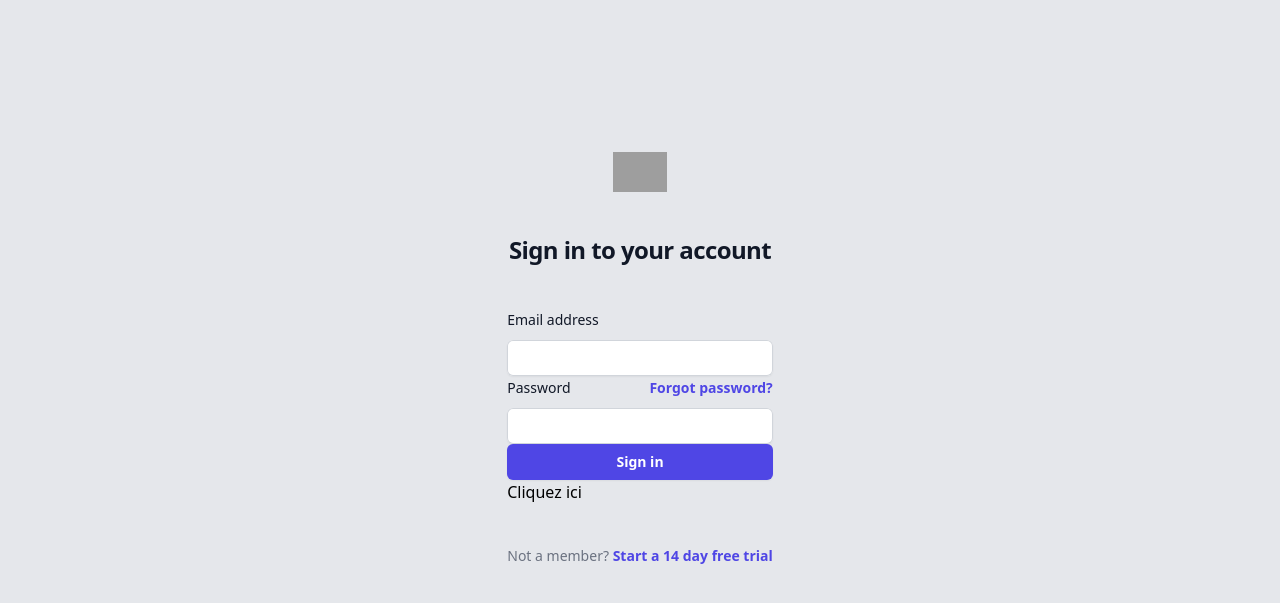
Repository: boschierob/interventio-app
Page: http://localhost/login
These files come from the project's save history. The page is drawn as it stood at one moment and after the next save; the edit follows.
The browser window is 1280 px wide. The pictures show the whole page.
Pictures or frames that could not be fetched are drawn as grey boxes. The page is served by the project's Node server (server.js).

Above is the page before, as saved 2023-11-14 16:06:31.

### views/login.ejs
<!DOCTYPE html>
<html lang="en">

<head>
  <meta charset="UTF-8">
  <meta name="viewport" content="width=device-width, initial-scale=1.0">
  <title>Page de Connexion</title>
  <!-- Ajouter le lien vers le fichier CSS de Tailwind CSS -->
  <link href="https://cdn.jsdelivr.net/npm/tailwindcss@2.2.19/dist/tailwind.min.css" rel="stylesheet">
  <script src="https://unpkg.com/htmx.org@1.9.8"
    integrity="sha384-rgjA7mptc2ETQqXoYC3/zJvkU7K/aP44Y+z7xQuJiVnB/422P/Ak+F/AqFR7E4Wr"
    crossorigin="anonymous"></script>
</head>

<body class="bg-gray-200 flex justify-center items-center h-screen">
  <form action="/login" method="post" class="flex min-h-full flex-col justify-center px-6 py-12 lg:px-8">
    <div class="sm:mx-auto sm:w-full sm:max-w-sm">
      <img class="mx-auto h-10 w-auto" src="https://tailwindui.com/img/logos/mark.svg?color=indigo&shade=600"
        alt="Your Company">
      <h2 class="mt-10 text-center text-2xl font-bold leading-9 tracking-tight text-gray-900">Sign in to your account
      </h2>
    </div>

    <div class="mt-10 sm:mx-auto sm:w-full sm:max-w-sm">
      <form class="space-y-6" action="#" method="POST">
        <div>
          <label for="email" class="block text-sm font-medium leading-6 text-gray-900">Email address</label>
          <div class="mt-2">
            <input id="email" name="email" type="email" autocomplete="email" required
              class="block w-full rounded-md border-0 py-1.5 text-gray-900 shadow-sm ring-1 ring-inset ring-gray-300 placeholder:text-gray-400 focus:ring-2 focus:ring-inset focus:ring-indigo-600 sm:text-sm sm:leading-6">
          </div>
        </div>

        <div>
          <div class="flex items-center justify-between">
            <label for="password" class="block text-sm font-medium leading-6 text-gray-900">Password</label>
            <div class="text-sm">
              <a href="#" class="font-semibold text-indigo-600 hover:text-indigo-500">Forgot password?</a>
            </div>
          </div>
          <div class="mt-2">
            <input id="password" name="password" type="password" autocomplete="current-password" required
              class="block w-full rounded-md border-0 py-1.5 text-gray-900 shadow-sm ring-1 ring-inset ring-gray-300 placeholder:text-gray-400 focus:ring-2 focus:ring-inset focus:ring-indigo-600 sm:text-sm sm:leading-6">
          </div>
        </div>

        <div>
          <button type="submit"
            class="flex w-full justify-center rounded-md bg-indigo-600 px-3 py-1.5 text-sm font-semibold leading-6 text-white shadow-sm hover:bg-indigo-500 focus-visible:outline focus-visible:outline-2 focus-visible:outline-offset-2 focus-visible:outline-indigo-600">Sign
            in</button>
        </div>
      </form>

      <div class="click" hx-trigger="click" hx-get="/changer-couleur">
        Cliquez ici
    </div>

      <p class="mt-10 text-center text-sm text-gray-500">
        Not a member?
        <a href="#" class="font-semibold leading-6 text-indigo-600 hover:text-indigo-500">Start a 14 day free trial</a>
      </p>
    </div>
  </form>


  <!-- Script JavaScript pour gérer la réponse du serveur -->
  <script>
    document.body.addEventListener('htmx:response', function (event) {
        // Récupérer la couleur de la réponse
        const color = event.detail.response.querySelector('.click').style.backgroundColor;

        // Mettre à jour la couleur de fond de l'élément .click
        document.querySelector('.click').style.backgroundColor = color;
    });
</script>

</body>

</html>

### server.js
const express = require('express');
const ejs = require('ejs');
const bodyParser = require('body-parser');
const path = require('path');


const app = express();

// Utiliser EJS comme moteur de template
app.set('view engine', 'ejs');
app.set('views', path.join(__dirname, 'views'));

app.use(bodyParser.urlencoded({ extended: true }));
// Middleware pour traiter les requêtes JSON
app.use(express.json());

app.get('/', (req, res) => {
  res.sendFile('login.ejs');
});

app.get('/login', (req, res) => {
  // Traitez la logique du serveur ici

  // Changer la couleur de fond aléatoirement (exemple)
  const backgroundColor = "blue";

  // Rendre la page avec la couleur en tant que variable
  res.render('login', { backgroundColor : backgroundColor });
});

app.post('/login', (req, res) => {
  const email = req.body.email;
  const password = req.body.password;
  // Faites ici le traitement des données, par exemple, une vérification d'authentification.
  // Vous pouvez également renvoyer une réponse au client.

  // Exemple : renvoyer un message JSON de confirmation
  res.json({ message: 'Connexion réussie' });
});

// Route pour gérer le clic et renvoyer l'en-tête personnalisé
app.post('/changer-couleur', (req, res) => {
    // Traitez la logique du serveur ici
    const backgroundColor = "blue";

    res.send(backgroundColor);

});


const server = app.listen(3000, () => {
  console.log('Serveur Node.js en cours d exécution sur le port 3000');
});

After the next save:
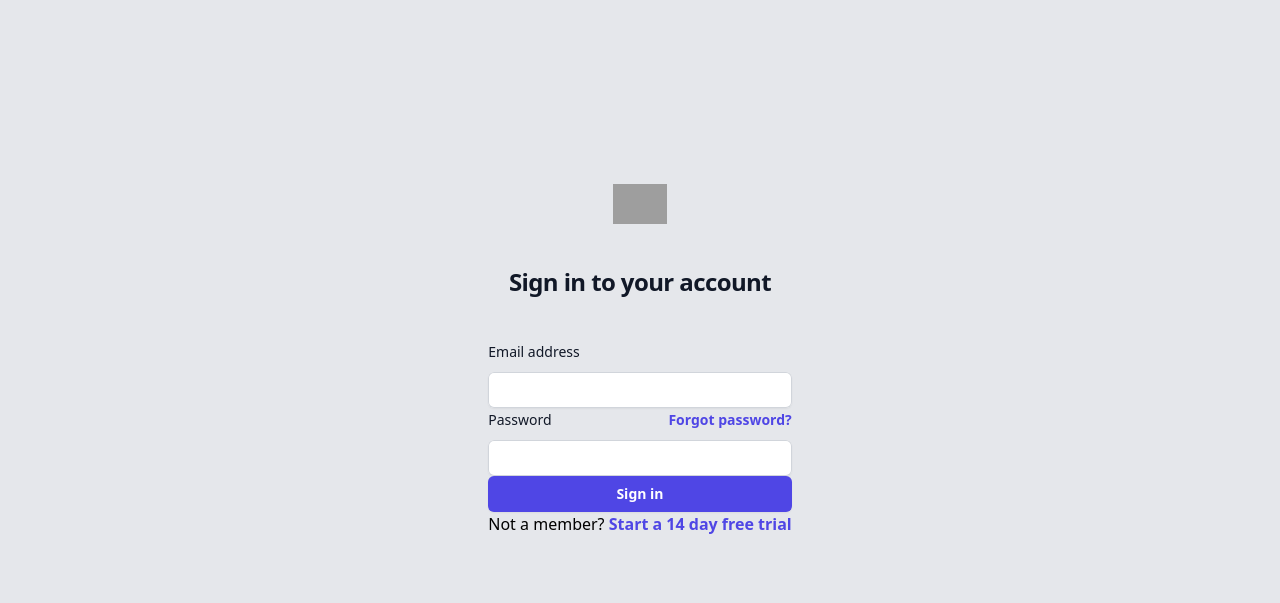
Saved 103 s later.
--- a/views/login.ejs
+++ b/views/login.ejs
@@ -51,7 +51,7 @@
         </div>
       </form>
 
-      <div class="click" hx-trigger="click" hx-get="/changer-couleur">
+      <div class="click" hx-trigger="click" hx-get="/changer-couleur"  hx-get-params="{color: 'random'}>
         Cliquez ici
     </div>
 

After the save that followed:
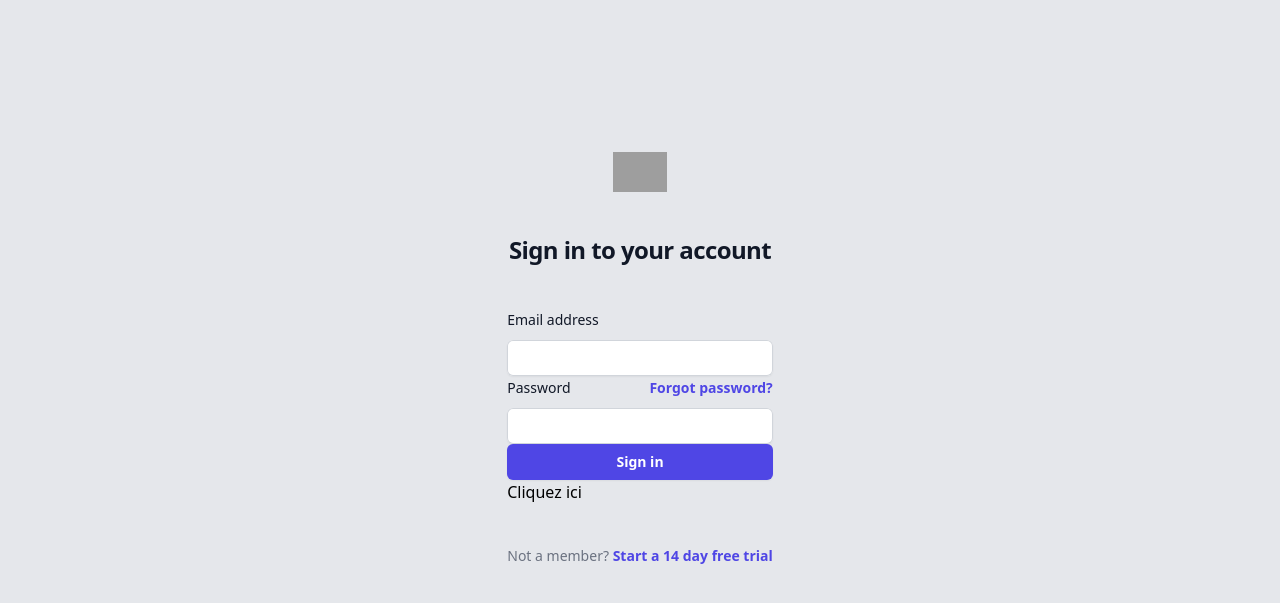
Saved 40 s later.
--- a/views/login.ejs
+++ b/views/login.ejs
@@ -51,7 +51,7 @@
         </div>
       </form>
 
-      <div class="click" hx-trigger="click" hx-get="/changer-couleur"  hx-get-params="{color: 'random'}>
+      <div class="click" hx-trigger="click" hx-get="/changer-couleur"  hx-get-params="{color: 'random'}">
         Cliquez ici
     </div>
 
